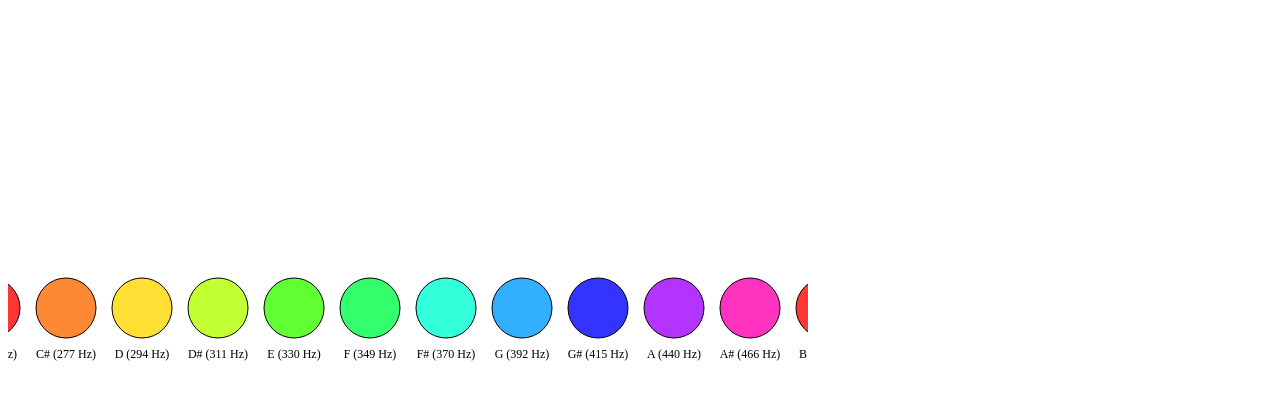
Repository: studiorichie/richielau.com
Page: assets/sound-to-color.html
These files come from the project's save history. The page is drawn as it stood at one moment and after the next save; the edit follows.
The browser window is 1280 px wide. The pictures show the whole page.

Above is the page before, as saved 2024-11-06 18:28:57.

### assets/sound-to-color.html
<!DOCTYPE html>
<html lang="en">

<head>
    <meta charset="UTF-8">
    <title>Sound-to-Color Mapping with MIDI</title>
    <script src="https://d3js.org/d3.v6.min.js"></script>
    <style>
        .key-circle {
            fill-opacity: 0.8;
            stroke: black;
            stroke-width: 1px;
            cursor: pointer;
        }

        .label {
            font-size: 12px;
            text-anchor: middle;
        }

        .midi-label {
            font-size: 14px;
            font-weight: bold;
            text-anchor: middle;
            fill: black;
            visibility: hidden;
        }
    </style>
</head>

<body>
    <svg width="800" height="600" id="chart"></svg>

    <script>
        const keys = [
            { note: "C", freq: 261.63, midi: 60 },
            { note: "C#", freq: 277.18, midi: 61 },
            { note: "D", freq: 293.66, midi: 62 },
            { note: "D#", freq: 311.13, midi: 63 },
            { note: "E", freq: 329.63, midi: 64 },
            { note: "F", freq: 349.23, midi: 65 },
            { note: "F#", freq: 369.99, midi: 66 },
            { note: "G", freq: 392.00, midi: 67 },
            { note: "G#", freq: 415.30, midi: 68 },
            { note: "A", freq: 440.00, midi: 69 },
            { note: "A#", freq: 466.16, midi: 70 },
            { note: "B", freq: 493.88, midi: 71 }
        ];


        function getColor(freq) {
            let hue = ((freq - 261) / (493 - 261)) * 360;
            return `hsl(${hue}, 100%, 50%)`;
        }
        const svg = d3.select("#chart");
        const width = svg.attr("width");
        const height = svg.attr("height");

        const circleRadius = 30; // Radius of each circle
        const padding = 16; // Space between circles

        // Calculate the total width for the row of circles (number of circles * diameter + spaces between)
        const totalRowWidth = (keys.length * (circleRadius * 2)) + ((keys.length - 1) * padding);

        // Create a group element to hold all circles and center it
        const group = svg.append("g")
            .attr("transform", `translate(${(width - totalRowWidth) / 2 + circleRadius}, ${height / 2})`);

        // Render each circle within the group
        group.selectAll("circle")
            .data(keys)
            .enter()
            .append("circle")
            .attr("class", "key-circle")
            .attr("cx", (d, i) => i * (circleRadius * 2 + padding))
            .attr("cy", 0) // Center vertically within the group
            .attr("r", circleRadius)
            .attr("fill", d => getColor(d.freq))
            .on("click", function (event, d) {
                showMidiLabel(d);
                playMidiTone(d.midi);
            });

        // Add labels to each circle within the group
        group.selectAll(".label")
            .data(keys)
            .enter()
            .append("text")
            .attr("class", "label")
            .attr("x", (d, i) => i * (circleRadius * 2 + padding))
            .attr("y", circleRadius + 20) // Position labels below each circle
            .text(d => `${d.note} (${Math.round(d.freq)} Hz)`)
            .attr("fill", "black");


        const midiLabel = svg.append("text")
            .attr("class", "midi-label")
            .attr("x", width / 2)
            .attr("y", height - 50);

        function showMidiLabel(data) {
            midiLabel.text(`MIDI: ${data.midi} - ${data.note}`)
                .attr("x", (keys.indexOf(data) + 1) * (width / (keys.length + 1)))
                .attr("y", height / 2 - 50)
                .attr("visibility", "visible");

            // Hide label after a short delay
            setTimeout(() => {
                midiLabel.attr("visibility", "hidden");
            }, 2000);
        }


        function playMidiTone(midi) {
            const context = new (window.AudioContext || window.webkitAudioContext)();
            const oscillator = context.createOscillator();
            const gainNode = context.createGain();
            oscillator.type = 'sine'; // Sine wave for a pure tone
            oscillator.frequency.setValueAtTime(440 * Math.pow(2, (midi - 69) / 12), context.currentTime); // MIDI to Hz
            gainNode.gain.setValueAtTime(0.1, context.currentTime); // Lower gain for a soft sound
            oscillator.connect(gainNode).connect(context.destination);
            oscillator.start();
            oscillator.stop(context.currentTime + 0.5); // Play sound for 0.5 seconds
        }
    </script>
</body>

</html>

After the next save:
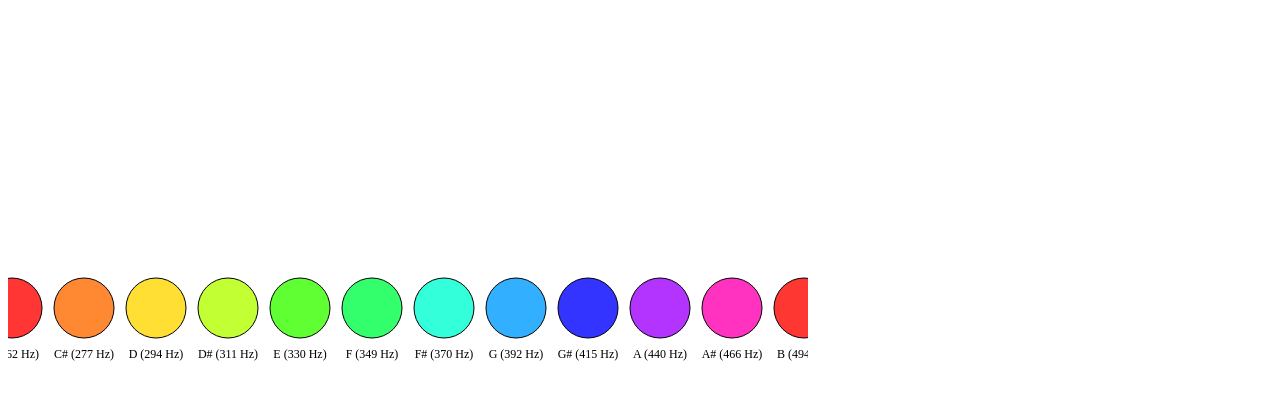
Saved 61 s later.
--- a/assets/sound-to-color.html
+++ b/assets/sound-to-color.html
@@ -57,16 +57,16 @@
         const height = svg.attr("height");
 
         const circleRadius = 30; // Radius of each circle
-        const padding = 16; // Space between circles
+        const padding = 12; // Space between circles
 
         // Calculate the total width for the row of circles (number of circles * diameter + spaces between)
         const totalRowWidth = (keys.length * (circleRadius * 2)) + ((keys.length - 1) * padding);
 
-        // Create a group element to hold all circles and center it
+
         const group = svg.append("g")
             .attr("transform", `translate(${(width - totalRowWidth) / 2 + circleRadius}, ${height / 2})`);
 
-        // Render each circle within the group
+
         group.selectAll("circle")
             .data(keys)
             .enter()
@@ -81,7 +81,7 @@
                 playMidiTone(d.midi);
             });
 
-        // Add labels to each circle within the group
+
         group.selectAll(".label")
             .data(keys)
             .enter()
@@ -104,7 +104,7 @@
                 .attr("y", height / 2 - 50)
                 .attr("visibility", "visible");
 
-            // Hide label after a short delay
+
             setTimeout(() => {
                 midiLabel.attr("visibility", "hidden");
             }, 2000);
@@ -115,12 +115,12 @@
             const context = new (window.AudioContext || window.webkitAudioContext)();
             const oscillator = context.createOscillator();
             const gainNode = context.createGain();
-            oscillator.type = 'sine'; // Sine wave for a pure tone
+            oscillator.type = 'sine';
             oscillator.frequency.setValueAtTime(440 * Math.pow(2, (midi - 69) / 12), context.currentTime); // MIDI to Hz
-            gainNode.gain.setValueAtTime(0.1, context.currentTime); // Lower gain for a soft sound
+            gainNode.gain.setValueAtTime(0.1, context.currentTime);
             oscillator.connect(gainNode).connect(context.destination);
             oscillator.start();
-            oscillator.stop(context.currentTime + 0.5); // Play sound for 0.5 seconds
+            oscillator.stop(context.currentTime + 0.5);
         }
     </script>
 </body>
